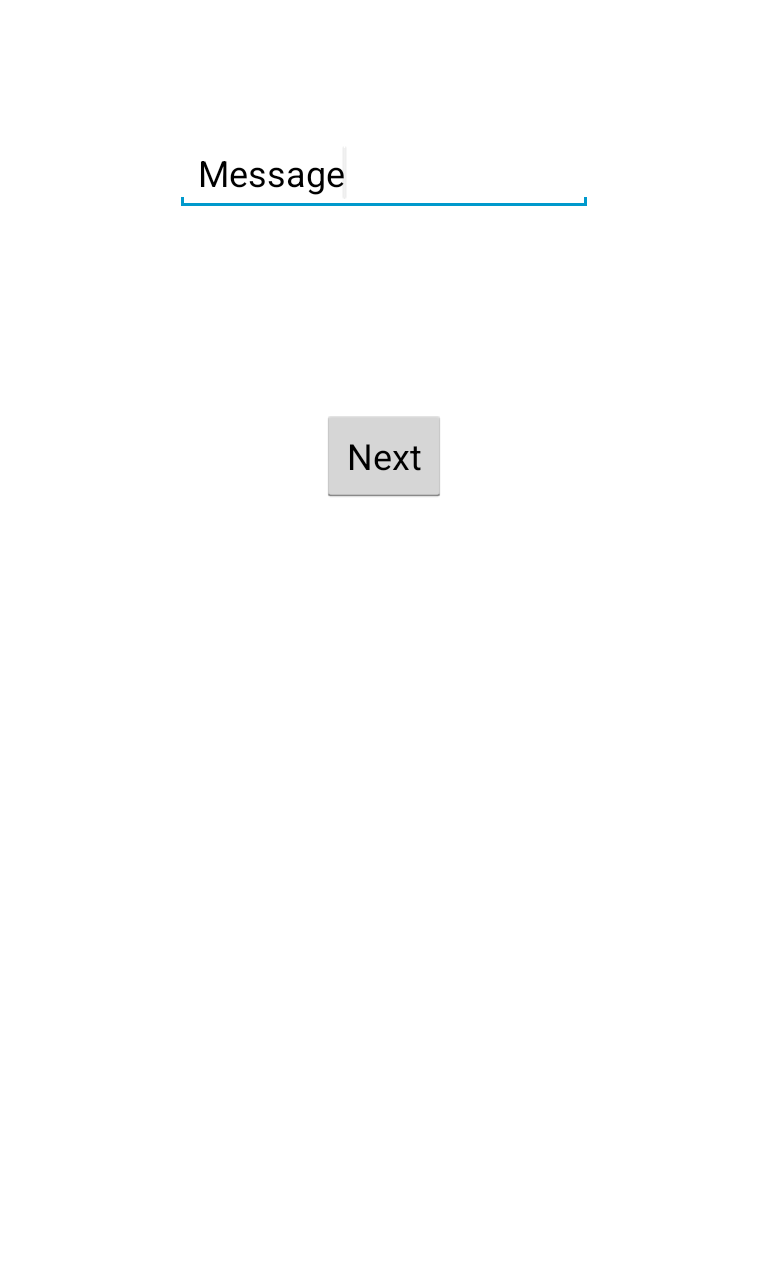
Repository: priyankaaj/practiced-apps
Layout: Intents/res/layout/activity_main.xml
An editor plug-in stored every save of this project. The layout is shown before and after the next save, followed by the edit.
It is drawn on a 768 x 1280 px phone screen (xhdpi) without system bars, with theme AppTheme; the app's code is not run.

Above is the layout before, as saved 2015-10-01 14:35:43.

After the next save:
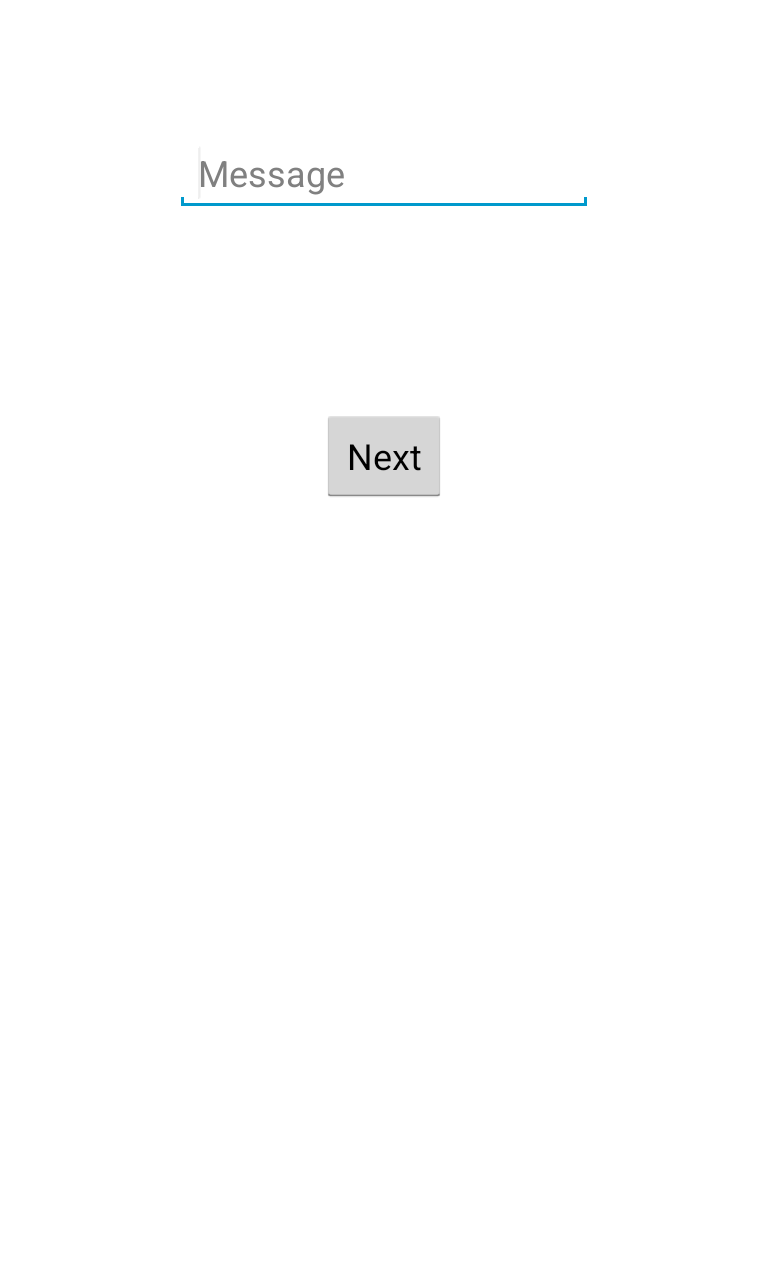
Saved 3 min 44 s later.
--- a/Intents/res/layout/activity_main.xml
+++ b/Intents/res/layout/activity_main.xml
@@ -25,7 +25,7 @@
         android:layout_centerHorizontal="true"
         android:layout_marginTop="51dp"
         android:ems="10"
-        android:text="Message" >
+        android:hint="Message" >
 
         <requestFocus />
     </EditText>
